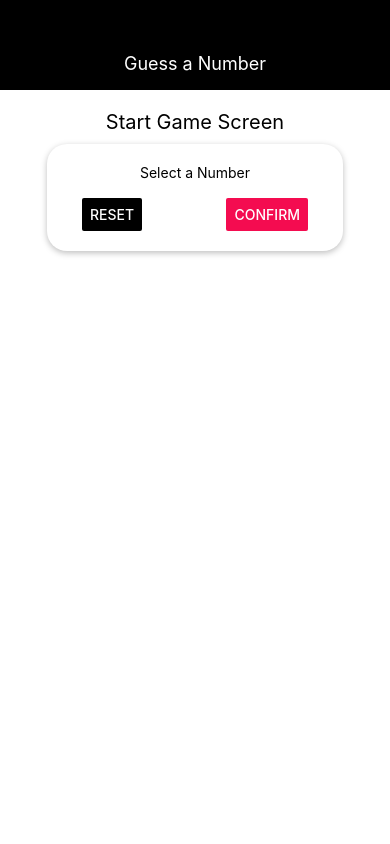
Repository: oguzhan18m/react-native-guess-number-game
Screen: /
The author's editor kept a copy of each file at every save. The screen is drawn from the files as they stood at one save, then again after the next save.
The app was drawn by React Native's web renderer in a window 390 px wide. The project was rebuilt for these pictures with package versions that can differ from the ones it lists, and the page was loaded fresh each time.

Above is the screen before, as saved 2021-03-04 00:54:17.

After the next save:
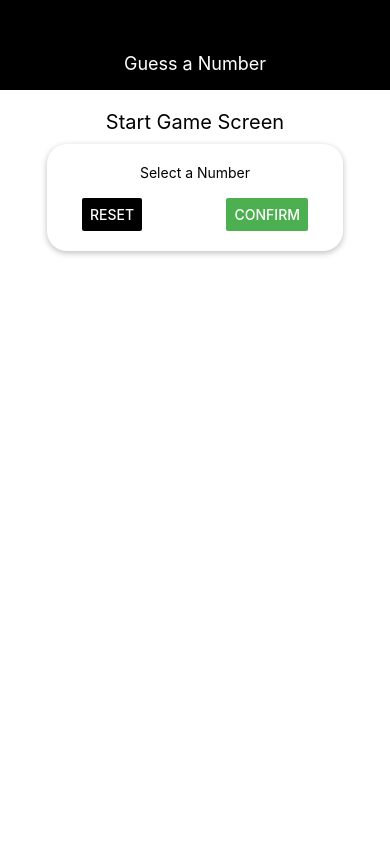
Saved 43 s later.
--- a/constants/Colors.js
+++ b/constants/Colors.js
@@ -1,4 +1,4 @@
 export default {
-    primary:'#F40C50',
+    primary:'#4CAF50',
     accent:'black',
 }
